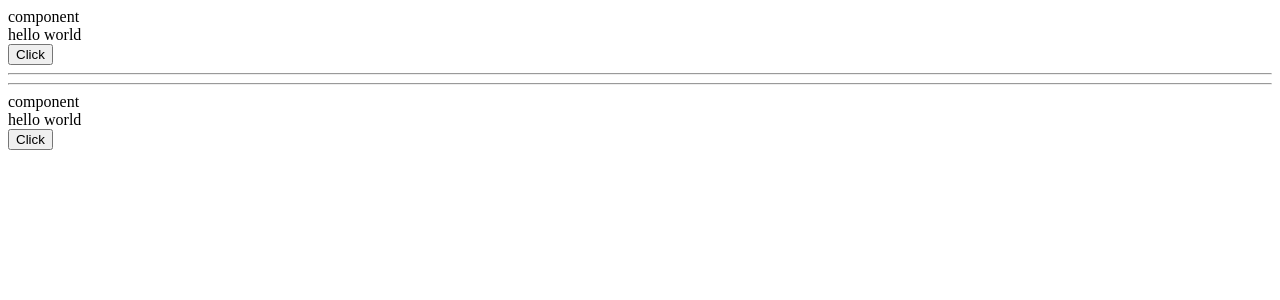
Repository: RyuGeunHwan/code_J
Page: Vuejs/22-08-10 vuejs Vue컴포넌트.html
An editor plug-in stored every save of this project. The page is shown before and after the next save, followed by the edit.
The browser window is 1280 px wide. The pictures show the whole page.

Above is the page before, as saved 2022-08-10 14:52:34.

### Vuejs/22-08-10 vuejs Vue컴포넌트.html
<!DOCTYPE html>
<html lang="en">
<head>
    <meta charset="UTF-8">
    <meta http-equiv="X-UA-Compatible" content="IE=edge">
    <meta name="viewport" content="width=device-width, initial-scale=1.0">
    <title>Vue 컴포넌트 전역등록 방법 및 사용</title>
    <script src="https://cdn.jsdelivr.net/npm/vue/dist/vue.js"></script>
</head>
<body>
    <div id="app">
        <!-- {{name}} <br>
         button을 누르게 되면 #app-1의 name인 app-1이 app updated로 바뀌게된다. Vue인스턴스를 변수에 넣어서 사용하였기 때문에.
        <button @click="changeText">Click</button> -->
        <!-- component의 사용은 설정해주었던 이름을 태그로 사용해주면 된다. -->
        <kossie-button></kossie-button>

    </div>
    <hr><hr>


    <div id="app-1">
       <!-- {{name}} <br>
        <button @click="changeText">Click</button>
        <kossie-button> 태그로 출력하는 kossie-button은 전역으로 등록한 component이다. -->
        <kossie-button></kossie-button>
    </div>


    <script>
        //vue인스턴스가 생성되기전에 Vue.component를 먼저 생성

        // hello world 컴포넌트 전역 등록
        // Vue.component('hello-world',{
        //     template:`<div>hello world</div>`
        // })


        // // 컴포넌트 전역 등록(어떤 vue인스턴스에서도 사용가능)
        // Vue.component('kossie-button',{
        //     //template안에는 html태그가 들어가게된다.
        //     template:
        //     //template는 하나의 태그안에 모든 콘텐츠들이 있어야한다는 vue의 규칙이 있다.
        //     `
        //     <div>
        //         {{name}} <br>
        //         <hello-world></hello-world>
        //         <button @click="changeText">Click</button>
        //     </div>
        //     `,

        //     //컴포넌트 만들때 data는 함수를 만들어서 Object를 return 해주면 된다.
        //     data(){
        //         return{
        //             name: 'component'
        //         }
        //     },
        //     methods:{
        //         changeText(){
        //             this.name = 'app updated'
        //        }
        //     }
        // });


        // hello world 지역등록
        const HelloWorld = {
            template: `<div>hello world</div>`

        };

        //지역 컴포넌트 등록
        const KossieButton = {
            components:{
                'hello-world' : HelloWorld
            },
            template:
            `
            <div>
                {{name}} <br>
                <hello-world></hello-world>
                <button @click="changeText">Click</button>
            </div>
            `,
            //컴포넌트 만들때 data는 함수를 만들어서 Object를 return 해주면 된다.
            data(){
                return{
                    name: 'component'
                }
            },
            methods:{
                changeText(){
                    this.name = 'app updated'
               }
            }
        }

        const app = new Vue({
            el: '#app',
            components: {
                'kossie-button' : KossieButton
            }
            // data:{
            //   name: 'app'
            // },
            // methods:{
            //     changeText(){
            //         this.name = 'app updated'
            //    }
            // }
        })

       const app1 = new Vue({
            el: '#app-1',
            components: {
                //지역으로 등록한 component
                'kossie-button' : KossieButton
            }
    //         // data:{
    //         //   name: 'app-1'
    //         // },
    //         // methods:{
    //         //    changeText(){
    //         //         this.name = 'app-1 updated'
    //         //    }
    //         // }
        })
    </script>
</body>
</html>

After the next save:
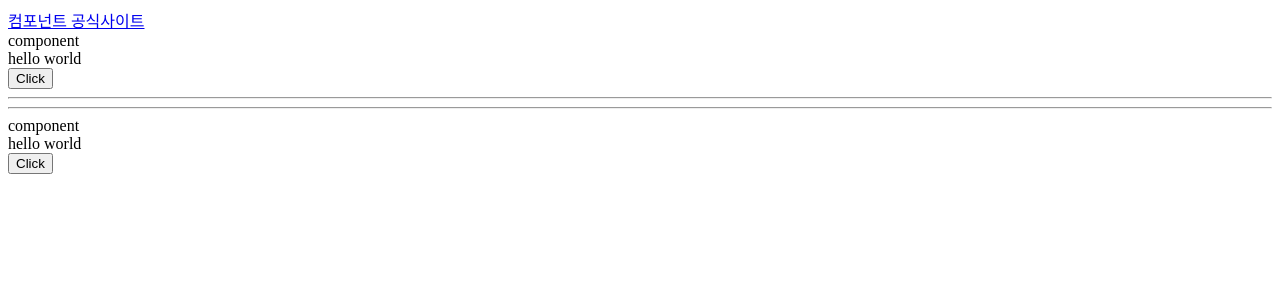
Saved 2 min 31 s later.
--- a/Vuejs/22-08-10 vuejs Vue컴포넌트.html
+++ b/Vuejs/22-08-10 vuejs Vue컴포넌트.html
@@ -8,6 +8,7 @@
     <script src="https://cdn.jsdelivr.net/npm/vue/dist/vue.js"></script>
 </head>
 <body>
+    <a href="https://kr.vuejs.org/v2/guide/components.html#%EC%A0%84%EC%97%AD-%EB%93%B1%EB%A1%9D">컴포넌트 공식사이트</a>
     <div id="app">
         <!-- {{name}} <br>
          button을 누르게 되면 #app-1의 name인 app-1이 app updated로 바뀌게된다. Vue인스턴스를 변수에 넣어서 사용하였기 때문에.
